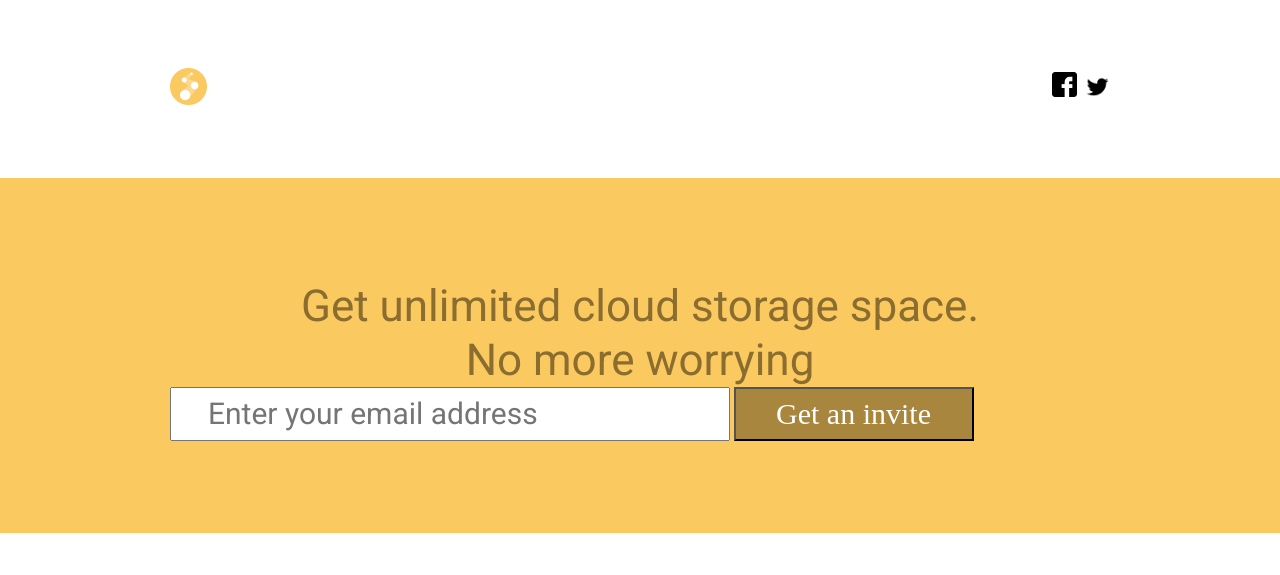
Repository: AndreyMykulych/user_home_work_Mykulych
Page: index.html
An editor plug-in stored every save of this project. The page is shown before and after the next save, followed by the edit.
The browser window is 1280 px wide. The pictures show the whole page.

Above is the page before, as saved 2023-02-27 16:43:19.

### index.html
<!DOCTYPE html>
<html lang="en">
<head>
    <meta charset="UTF-8">
    <meta http-equiv="X-UA-Compatible" content="IE=edge">
    <meta name="viewport" content="width=device-width, initial-scale=1.0">
    <title>Document</title>
    <link  rel="stylesheet"  href="styles/normalize.css">
    <link  rel="stylesheet"  href="styles/style.css">
    <link rel="preconnect" href="https://fonts.googleapis.com">
<link rel="preconnect" href="https://fonts.gstatic.com" crossorigin>
<link href="https://fonts.googleapis.com/css2?family=Roboto&display=swap" rel="stylesheet">

</head>
<body>
    <div class="wrapper">
        <h1 class="first-block">
            <img class="logo-Photo" src="/3/img/IMAGE.png" alt="main">
        </h1>

            <h1 class="second-block">
                <img class="Fb-Photo" src="3/img/fb-icon.png" alt="FB">
                <img class="Twit-Photo" src="/3/img/Frame.png" alt="Twitter">
            </h1>
    </div>
    <div class="input-back">
    <div class="input-conteiner">
        <p class="text_1">Get unlimited cloud storage space.</p>
        <p class="text_2">No more worrying</p>
        <form>
            <input placeholder="Enter your email address" type="email" id="email" name="email">
            <button>Get an invite</button>
          </form>

    </div>
</div>
</body>
</html>

### styles/style.css
*{
    box-sizing: border-box;
}

.wrapper {
    margin: 0 auto;
    width: 940px;
    margin-top:47px;
}
h1 {
    display: inline-block;
}
.first-block {
    text-align: left;
}
.second-block {
    float: right;
}
.logo-Photo {
    width: 37px;
    height: 37px;
}
.Fb-Photo {
width: 25px;
height: 25px;

}
.Twit-Photo{
    width: 25px;
    height: 21px;
}
.input-back{
    background-color: #FAC960;
    height: auto;
    margin-top:43px;

}
.input-conteiner {
    width: 940px;
    margin: 0 auto;
   padding-top:91px;
   padding-bottom: 92px;
}
p {
    margin: 0px;
    display: block;
    font-family: 'Roboto', sans-serif;
    text-align: center;
    font-style: normal;
    font-weight: 400;
    font-size: 44px;
    line-height: 54px;
    color: #8A6D2F;
}

.text_1 {
    padding-top: 10px;
}
.text_2{

    margin-top: 0px;
}
form {
    display: inline-block;

}
input {
    padding-left: 36px;
    width: 560px;
    height: 54px;
    font-family: 'Roboto';
font-style: normal;
font-weight: 400;
font-size: 30px;
line-height: 54px;
/* identical to box height, or 180% */



color: #999999;
}
button {
    font-size: 30px;

    width: 240px;
    height: 54px;
      padding-left: 5px;
      background-color: #A8863D;
      color: #fff;

}

Loaded but not shown: styles/normalize.css (library)

After the next save:
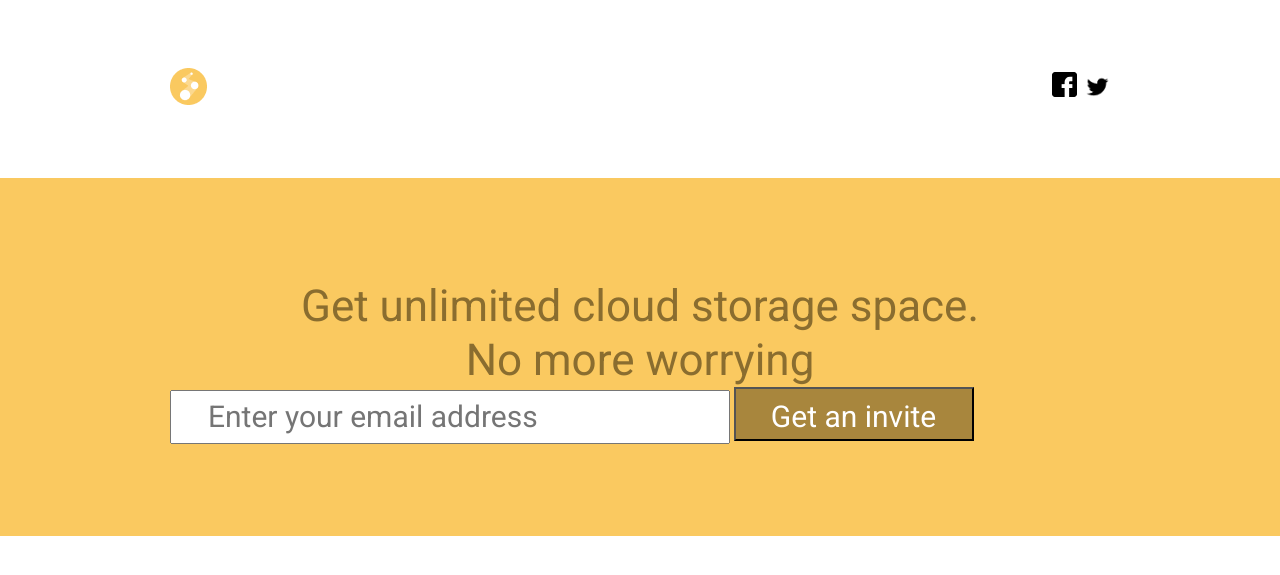
Saved 52 s later.
--- a/styles/style.css
+++ b/styles/style.css
@@ -80,12 +80,14 @@ line-height: 54px;
 color: #999999;
 }
 button {
-    font-size: 30px;
-
-    width: 240px;
+     width: 240px;
     height: 54px;
       padding-left: 5px;
       background-color: #A8863D;
       color: #fff;
-
+      font-family: 'Roboto';
+      font-style: normal;
+      font-weight: 400;
+      font-size: 30px;
+      line-height: 54px;
 }
